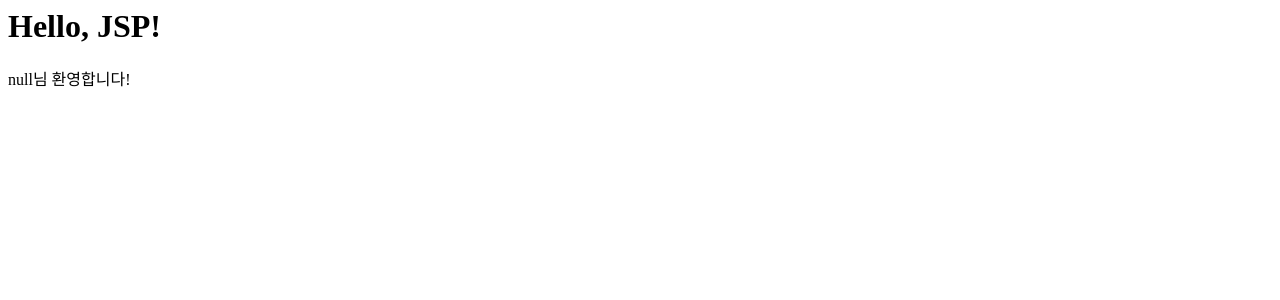
Repository: kys3189/jsp
Page: http://localhost/servlet/home
These files come from the project's save history. The page is drawn as it stood at one moment and after the next save; the edit follows.
The browser window is 1280 px wide. The pictures show the whole page.
The page is served by Tomcat 9.

Above is the page before, as saved 2025-03-05 01:48:39.

### servlet/src/main/java/com/app/servlet/MyServlet.java
package com.app.servlet;

import java.io.IOException;
import java.io.PrintWriter;

import javax.servlet.ServletException;
//import javax.servlet.annotation.WebServlet;
import javax.servlet.http.HttpServlet;
import javax.servlet.http.HttpServletRequest;
import javax.servlet.http.HttpServletResponse;

//@WebServlet("/home")
//	URL을 mapping해주는 역할
//	하지만 파일 하나의 어노텐션이 다 들어가 있으면, 유지보수가 어렵다.
//	따라서 web.xml을 만들어서 한 번에 일괄적으로 처리한다.
//	프로젝트 하나당 web.xml 하나를 가지고있다.


public class MyServlet extends HttpServlet {
	private static final long serialVersionUID = 1L;

    public MyServlet() {
        super();
    }

	protected void doGet(HttpServletRequest request, HttpServletResponse response) throws ServletException, IOException {
//		필수 인코딩 설정 입출력 UTF-8형식으로 변환
		request.setCharacterEncoding("UTF-8");
		response.setContentType("text/html; charset=UTF-8;");

		PrintWriter out = response.getWriter();
		String name = "";
		String age = "";

		System.out.println(request.getParameter("name"));
		name = request.getParameter("name");
		age = request.getParameter("age");

		out.print("<h1>Hello, JSP!</h1>");
		out.print(name +"님 환영합니다!");
		out.close();

	}

	protected void doPost(HttpServletRequest request, HttpServletResponse response) throws ServletException, IOException {
		doGet(request, response);
	}

}

After the next save:
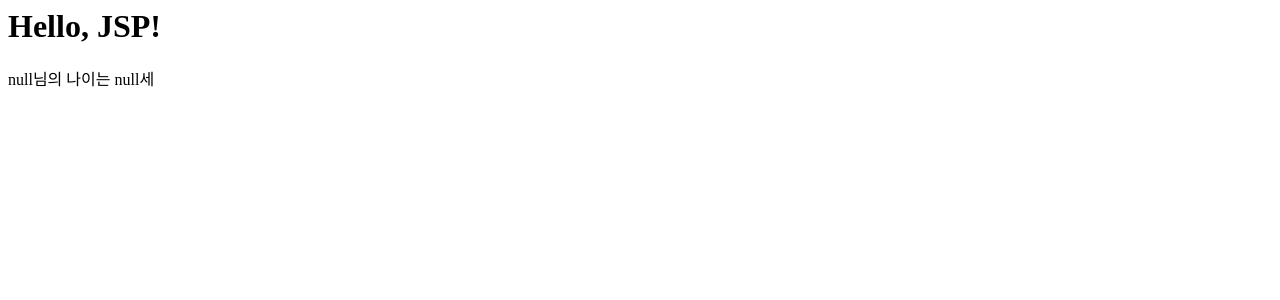
Saved 25 s later.
--- a/servlet/src/main/java/com/app/servlet/MyServlet.java
+++ b/servlet/src/main/java/com/app/servlet/MyServlet.java
@@ -37,7 +37,7 @@ public class MyServlet extends HttpServlet {
 		age = request.getParameter("age");
 
 		out.print("<h1>Hello, JSP!</h1>");
-		out.print(name +"님 환영합니다!");
+		out.print(name + "님의 나이는 " + age + "세");
 		out.close();
 
 	}
